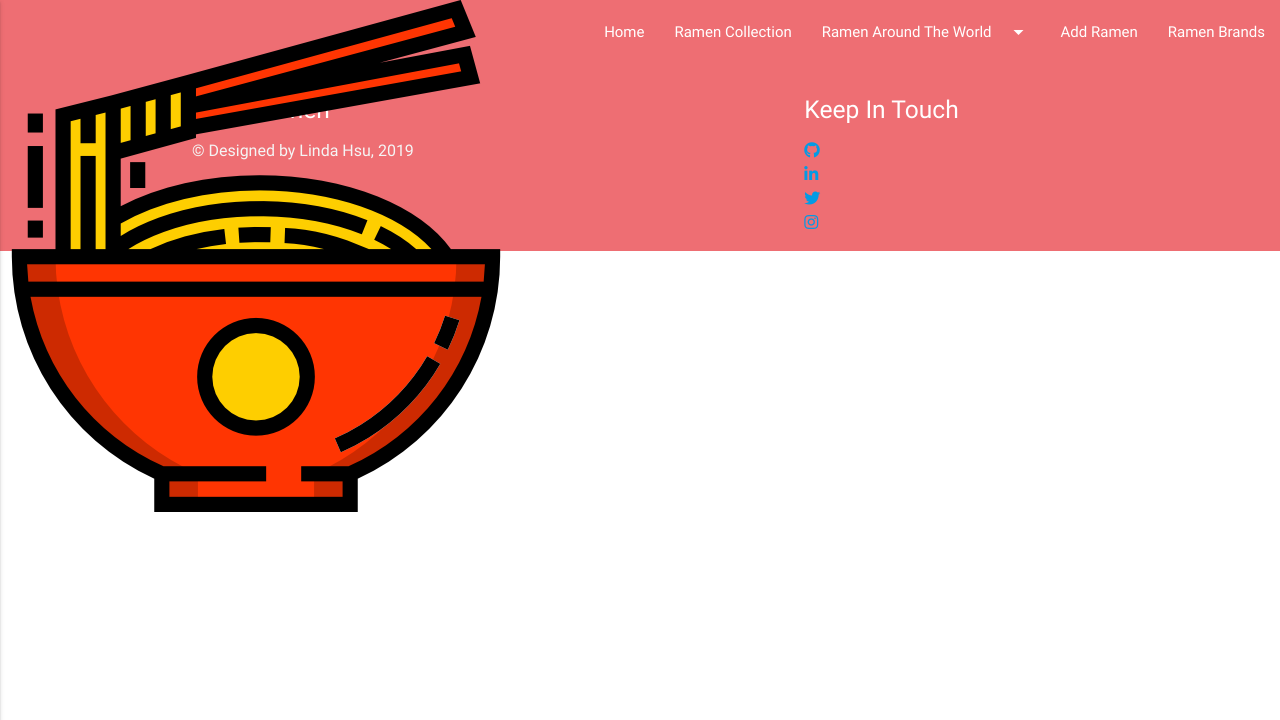
Repository: Paddlepop25/codeinstitute-insta-ramen
Page: templates/base.html
The author's editor kept a record of every edit. The page is drawn from the files as they stood at one moment, then again after the next edit.
The browser window is 1280 px wide. The pictures show the whole page.
Some web libraries are served in a nearby version. The page is served by the project's application, run on Flask 3 (app.py). The template is opened directly, without the code that normally fills it, so the values that code supplies are empty.

Above is the page before.

### templates/base.html
<!DOCTYPE html>
<html>

<head>
  <link href="https://fonts.googleapis.com/icon?family=Material+Icons" rel="stylesheet">
  <link rel="stylesheet" href="https://cdnjs.cloudflare.com/ajax/libs/materialize/0.100.2/css/materialize.min.css">
  <link rel="stylesheet" href="https://use.fontawesome.com/releases/v5.8.1/css/all.css" integrity="sha384-50oBUHEmvpQ+1lW4y57PTFmhCaXp0ML5d60M1M7uH2+nqUivzIebhndOJK28anvf" crossorigin="anonymous" />
  <link href="https://fonts.googleapis.com/css?family=Gloria+Hallelujah|Poppins|Scada&display=swap" rel="stylesheet">
  <link rel="icon" href="{{ url_for('static', filename='images/favicon.ico') }}" type="image/x-icon" />
  <link rel="stylesheet" href="/static/styles/base.css" type="text/css" />

  <!-- Meta Data -->
  <meta charset="UTF-8">
  <meta name="viewport" content="width=device-width, initial-scale=1, shrink-to-fit=no">
  <meta http-equiv="X-UA-Compatible" content="ie=edge">
  <meta name="description" content="Insta Ramen">
  <meta name="keywords" content="Noodles, Ramen, Instant, Cup, Bowl, Packet">
  <meta name="author" content="Linda Hsu">

  <title>InstaRamen - {{ title }} </title>
</head>

<body>
  <header>
    <nav>
      <div class="nav-wrapper">
        <a href="{{url_for('index')}}" class="brand-logo"><img class="ramen_logo" src="{{ url_for('static', filename='images/noodle_icon.png') }}" alt="Ramen noodles with chopsticks logo"/></a>
        <a href="#" data-activates="mobile-demo" class="button-collapse"><i class="material-icons">menu</i></a>
        <ul class="right hide-on-med-and-down">
          <li><a href="{{url_for('index')}}">Home</a></li>
          <li><a href="{{url_for('get_ramen')}}">Ramen Collection</a></li>
          <li><a class="dropdown-button" href="#!" data-activates="dropdown1">Ramen Around The World<i class="material-icons right">arrow_drop_down</i></a>
            <ul id="dropdown1" class="dropdown-content">
              <li><a href="{{ url_for('ramen_asia') }}">Asia</a></li>
              <li><a href="#!">Europe</a></li>
              <li><a href="#!">The Americas</a></li>
              <li class="divider"></li>
              <li><a href="{{ url_for('ramen_world') }}">Rest Of The World</a></li>
            </ul>
          </li>
          <li><a href="{{url_for('add_ramen')}}">Add Ramen</a></li>
          <li><a href="{{url_for('get_brands')}}">Ramen Brands</a></li>
        </ul>
        <ul class="side-nav" id="mobile-demo">
          <li><a href="{{url_for('index')}}">Home</a></li>
          <li><a href="{{url_for('get_ramen')}}">Ramen Around The World</a></li>
          <li><a href="{{url_for('add_ramen')}}">Add Ramen</a></li>
          <li><a href="{{url_for('get_brands')}}">Ramen Brands</a></li>
        </ul>
      </div>
    </nav>
  </header>

  {% block content %} {% endblock %}
  <footer class="page-footer">
    <div class="container">
      <div class="row">
        <div class="col l6 s12">
          <h5 class="white-text">Insta-Ramen</h5>
          <p class="grey-text text-lighten-4">&copy; Designed by Linda Hsu, 2019</p>
          <small>For educational purpose</small>
        </div>
        <div class="col l4 offset-l2 s12">
          <h5 class="white-text">Keep In Touch</h5>
          <ul>
            <li><a href="https://github.com/Paddlepop25" target="_blank"><i class="fab fa-github"></i></a></li>
            <li><a href="https://www.linkedin.com/in/lindahsu007/" target="_blank"><i class="fab fa-linkedin-in"></i></a></li>
            <li><a href="https://twitter.com/shecodeshsucode" target="_blank"><i class="fab fa-twitter"></i></a></li>
            <li><a href="https://www.instagram.com/shecodeshsucodes/" target="_blank"><i class="fab fa-instagram"></i></a></li>
          </ul>
        </div>
      </div>
    </div>
  </footer>

  <script src="https://cdnjs.cloudflare.com/ajax/libs/jquery/3.2.1/jquery.min.js"></script>
  <script src="https://cdnjs.cloudflare.com/ajax/libs/materialize/0.100.2/js/materialize.min.js"></script>
  <!--<script type="text/javascript" src="./static/scripts/app.js"></script>-->
  <script type="text/javascript">
    $(document).ready(function() {
      $(".button-collapse").sideNav();
      $('select').material_select();
      $(".dropdown-button").dropdown();
    });
  </script>
</body>

</html>

### app.py
import os
from flask import Flask, render_template, redirect, request, url_for
from flask_pymongo import PyMongo
from bson.objectid import ObjectId
import re

app = Flask(__name__)

app.config['MONGO_DBNAME'] = 'ramen_database'
app.config["MONGO_URI"] = 'mongodb+srv://root:r00tUser@cluster0-mg1xb.mongodb.net/ramen_database?retryWrites=true&w=majority'

mongo = PyMongo(app)

@app.route('/')
@app.route('/home_page')
def home_page():
    top_three=mongo.db.ramens.find({'Stars': {'$gt': 3, '$lt':5}}).limit(5)
    return render_template('index.html', top_three=top_three)

@app.route('/display_ramen/<ramen_id>', methods=['GET'])
def display_ramen(ramen_id):
    ramen = mongo.db.ramens.find_one({"_id": ObjectId(ramen_id)})
    return render_template('display_ramen.html', ramen=ramen)


@app.route('/get_ramen')
def get_ramen():
    ramens=mongo.db.ramens.find()
    return render_template('ramen-collection.html', ramens=ramens)

@app.route('/ramen_asia')
def ramen_asia():
    ramens=mongo.db.ramens.find(
        {'$or':
            [{'Country': 'Taiwan'},{'Country': "Japan"}]
        }
        )
    return render_template('ramen_asia.html', ramens=ramens)

@app.route('/ramen_world')
def ramen_world():
    ramens=mongo.db.ramens.find(
        {'$or':
            [{'Country': 'Brunei'},{'Country': "Singapore"}]
        }
        )
    return render_template('ramen_world.html', ramens=ramens)


@app.route('/search_ramen')
def search_ramen():
    orig_query = request.args['query']
    query = {'$regex': re.compile('.*{}.*'.format(orig_query)), '$options': 'i'}
    print(query)
    results=mongo.db.ramens.find({'Flavour': query})

    ramen = []
    for result in results:
        ramen.append(result)

    return render_template('ramen_search.html', query=orig_query, ramen_search=ramen)

@app.route('/add_ramen')
def add_ramen():
    return render_template('add_ramen.html', countries=mongo.db.countries.find())

@app.route('/insert_ramen', methods=['POST'])
def insert_ramen():
    ramens = mongo.db.ramens
    ramens.insert_one(request.form.to_dict())
    return redirect(url_for('get_ramen'))

@app.route('/edit_ramen/<ramen_id>', methods=['GET'])
def edit_ramen(ramen_id):
    ramen = mongo.db.ramens.find_one({"_id": ObjectId(ramen_id)})
    countries = mongo.db.countries.find()
    return render_template('edit_ramen.html', ramen=ramen, countries=countries)

@app.route('/update_ramen/<ramen_id>', methods=["POST"])
def update_ramen(ramen_id):
    ramen = mongo.db.ramens
    ramen.update( {'_id': ObjectId(ramen_id)},
    {
        'Brand': request.form.get('Brand'),
        'Flavour':request.form.get('Flavour'),
        'Style': request.form.get('Style'),
        'Country':request.form.get('Country'),
        'Stars':request.form.get('Stars'),
        'Ratings':request.form.get('Ratings')
    })
    return redirect(url_for('get_ramen'))

@app.route('/delete_ramen/<ramen_id>')
def delete_ramen(ramen_id):
    mongo.db.ramens.remove({'_id': ObjectId(ramen_id)})
    return redirect(url_for('get_ramen'))

@app.route('/get_brands')
def get_brands():
    brands = mongo.db.ramens.find()
    return render_template('brands.html',
                            brands=brands)

@app.errorhandler(404)
def error_404(not_found):
    return render_template('error404.html', not_found=not_found)

if __name__ == '__main__':
    app.run(host=os.environ.get('IP'),
            port=int(os.environ.get('PORT')),
            debug=True)

### static/styles/base.css
body {
    font-size: 16px;
}

/*.ramen_logo {*/
/*    width: 2rem;*/
/*    margin-left: 20px;*/
/*    margin-top: 10px;*/
/*}*/

/*.nav-wrapper img {*/
/*    position: relative;*/
/*    top: -64px;*/
/*    z-index: -1;*/
/*}*/

/*.ramen_form {*/
/*    border: 2px solid black;*/
    /*border-radius: 25px;*/
/*    box-shadow: 2px 2px 8px grey;*/
/*    margin: 100px auto;*/
/*    padding: 85px;*/
/*}*/

After the next edit:
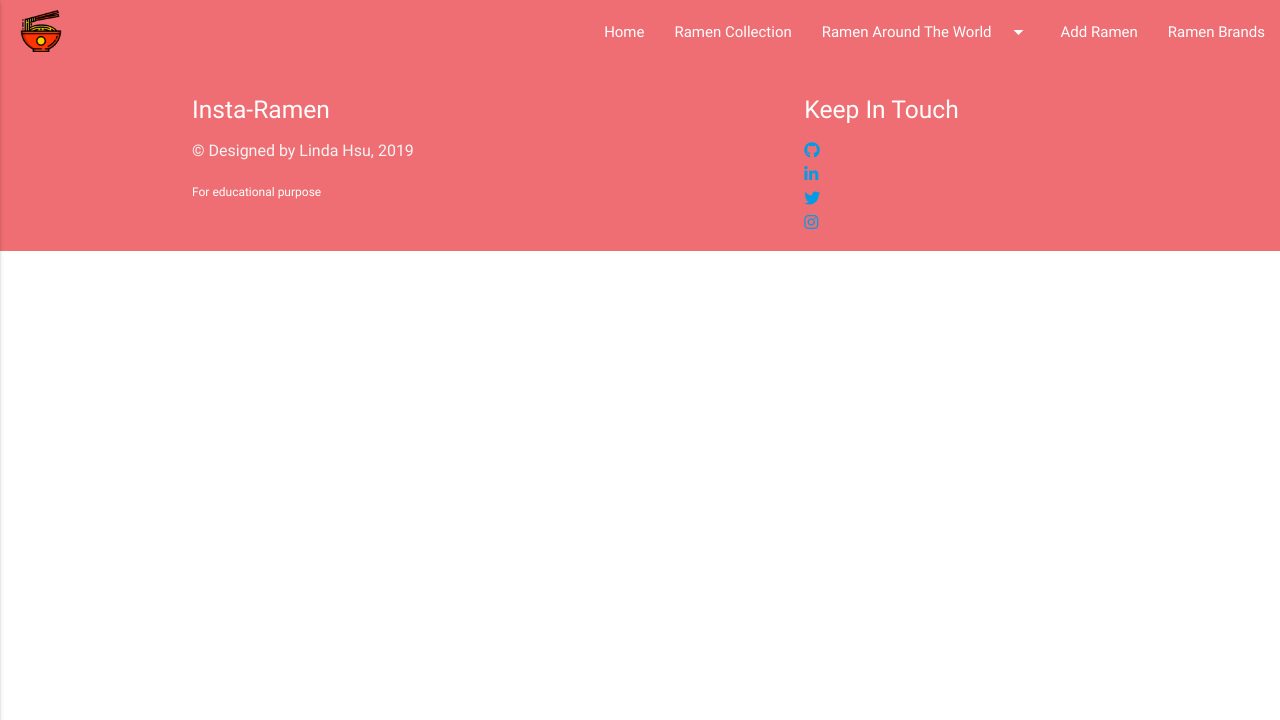
The edit:
--- a/static/styles/base.css
+++ b/static/styles/base.css
@@ -2,11 +2,11 @@
     font-size: 16px;
 }
 
-/*.ramen_logo {*/
-/*    width: 2rem;*/
-/*    margin-left: 20px;*/
-/*    margin-top: 10px;*/
-/*}*/
+.ramen_logo {
+    width: 2.8rem;
+    margin-left: 20px;
+    margin-top: 10px;
+}
 
 /*.nav-wrapper img {*/
 /*    position: relative;*/
